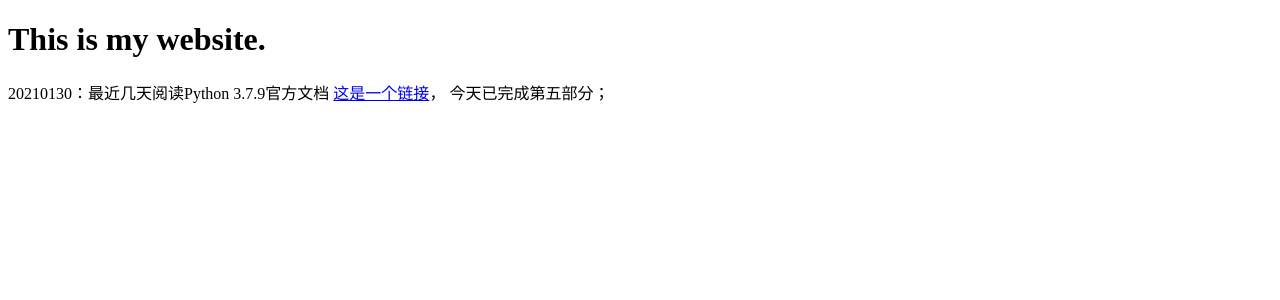
Repository: wangjitao1024/wangjitao1024.github.io
Page: index.html
These files come from the project's save history. The page is drawn as it stood at one moment and after the next save; the edit follows.
The browser window is 1280 px wide. The pictures show the whole page.

Above is the page before, as saved 2021-01-30 18:51:32.

### index.html
<!DOCTYPE html>
<html lang = 'en'>
<head>
    <meta charset="UTF-8">
    <title>在github上搭建博客</title>
</head>

<body>
    <h1>This is my website. </h1>
    <p>20210130：最近几天阅读Python 3.7.9官方文档
        <a href="https://docs.python.org/zh-cn/3.7/tutorial/index.html">这是一个链接</a>，
        今天已完成第五部分；</p>
</body>
</html>

After the next save:
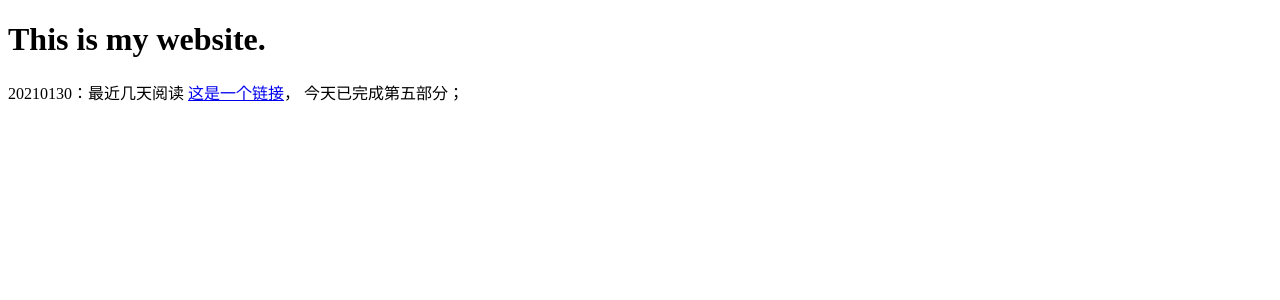
Saved 89 min 18 s later.
--- a/index.html
+++ b/index.html
@@ -7,7 +7,7 @@
 
 <body>
     <h1>This is my website. </h1>
-    <p>20210130：最近几天阅读Python 3.7.9官方文档
+    <p>20210130：最近几天阅读
         <a href="https://docs.python.org/zh-cn/3.7/tutorial/index.html">这是一个链接</a>，
         今天已完成第五部分；</p>
 </body>
